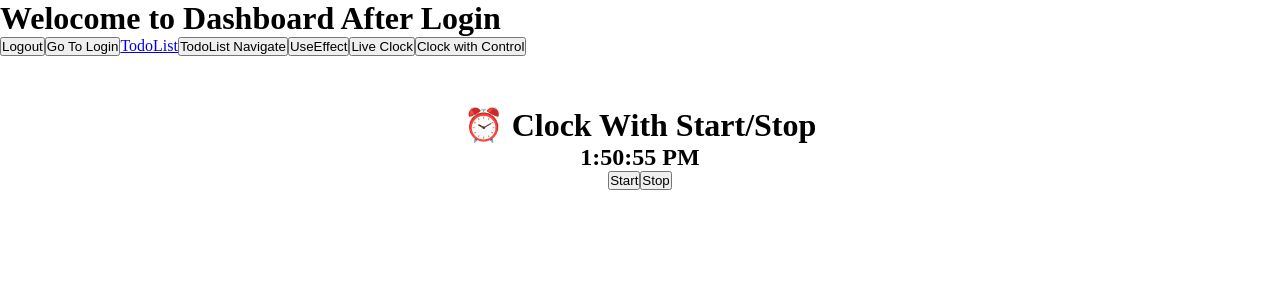
Repository: harshrathore123/ReactPractice
Page: /dashboard/clockwithcontrol (app in my-app/)
These files come from the project's save history. The page is drawn as it stood at one moment and after the next save; the edit follows.
The browser window is 1280 px wide. The pictures show the whole page.
The project was rebuilt for these pictures with package versions that can differ from the ones it lists, and the page was loaded fresh each time. Also part of the build but not shown: my-app/vite.config.js, my-app/src/component/Desctructuing.jsx, my-app/src/component/FirstName.jsx, my-app/src/component/Increment.jsx, my-app/src/component/Event.jsx, my-app/src/component/Form.jsx, my-app/src/component/Rendering.jsx, my-app/src/component/RenderingList.jsx and 6 more.

Above is the page before, as saved 2025-10-13 12:46:51.

### my-app/src/App.jsx
import './App.css';
import Destructuring from './component/Desctructuing';
import FirstName from './component/FirstName';
import Increment from './component/Increment';
import Event from './component/Event';
import Form from './component/Form';
import Rendering from './component/Rendering';
import RenderingList from './component/RenderingList';
import TodoList from './component/TodoList';
import {BrowserRouter, Routes, Route} from 'react-router-dom';
import Products from './component/Products';
import ProductDetails from './component/ProductDetails';
import Login from './component/Login';
import Dashboard from './component/Dashboard';
import UseEffect from './component/use_Effect';
import UseState_UseEffect from './component/Hooks/UseState_UseEffect';
import ClockWithControl from './component/Hooks/ClockWithControl';

function App() {
  return (
    <>
    {/* <FirstName name="Harsh Rathore" age="23"/>
    <Destructuring batch="mern" internship_exp="4month"/>
    <Increment/>
    <Event intro="Hi I am harsh rathore"/>
    <Form/>
    <Rendering isLoggedIn={false}/>
    <RenderingList/>

    <TodoList/> */}
  <BrowserRouter>
      <Routes>
        {/* Parent route for products */}
        <Route path="/products" element={<Products />}>
          {/* Nested route inside /products */}
          <Route path=":id" element={<ProductDetails />} />
        </Route>

        <Route path='/login' element={<Login/>}/>
        <Route path='/dashboard' element={<Dashboard/>}>
        {/* Nested another component inside dashboard */}
          <Route path='todolist' element={<TodoList/>}/>
          <Route path='useeffect' element={<UseEffect/>}/>
          <Route path='live_clock' element={<UseState_UseEffect/>}/>
          <Route path='clockwithcontrol' element={<ClockWithControl/>}/>
        </Route>

      </Routes>
    </BrowserRouter>


    </>
  )
}

export default App

### my-app/src/component/Dashboard.jsx
import { Link,Outlet, useNavigate } from "react-router-dom"
export default function Dashboard(){
    const navigate = useNavigate();
    const gotoLogin = () =>{
        navigate('/login');
    }

    const todolistNavigate = () =>{
        navigate('/dashboard/todolist');
    }

    return(
        <>
        <h1>Welocome to Dashboard After Login</h1>

        <button onClick={()=>navigate('/login')}>Logout</button>
        <button onClick={gotoLogin}>Go To Login</button>

        <Link to="todolist">TodoList</Link>
        <button onClick={todolistNavigate}>TodoList Navigate</button>
        <button onClick={()=>navigate('/dashboard/useeffect')}>UseEffect</button>
        <button onClick={()=>navigate('/dashboard/live_clock')}>Live Clock</button>
        <button onClick={()=>navigate('/dashboard/clockwithcontrol')}>Clock with Control</button>
        <Outlet/>
        </>
    )
}

### my-app/src/component/Hooks/ClockWithControl.jsx
import React, { useState, useEffect } from "react";

function ClockWithControl() {
  const [time, setTime] = useState(new Date().toLocaleTimeString());
  const [isRunning, setIsRunning] = useState(true);

  useEffect(() => {
    if (!isRunning) return; // stop updating when paused

    const timer = setInterval(() => {
      setTime(new Date().toLocaleTimeString());
    }, 1000);

    // return () => clearInterval(timer);
  }, [isRunning]); // re-run when isRunning changes

  return (
    <div style={{ textAlign: "center", marginTop: "50px" }}>
      <h1>⏰ Clock With Start/Stop</h1>
      <h2>{time}</h2>
      <button onClick={() => setIsRunning(true)}>Start</button>
      <button onClick={() => setIsRunning(false)}>Stop</button>
    </div>
  );
}

export default ClockWithControl;

### my-app/src/component/TodoList.css
*{
    margin: 0;
    padding: 0;
    box-sizing: border-box;
}

.container{
    width: 100%;
    height: 100vh;
    background-image: url('https://encrypted-tbn0.gstatic.com/images?q=tbn:ANd9GcR6epnd0KtuwAaygjj-Ls7D5RjgwV_ijX_qUQ&s');
    background-repeat: no-repeat;
    background-size: cover;
    position:relative;
}

.todobox{
    width: 400px;
    height: auto;
    position: absolute;
    top: 100px;
    left:200px;
    background: transparent;
    border-radius: 20px;
    box-shadow: 0 0 20px black;
}

#headline{
    text-align: center;
    padding: 20px;
    color: blue;
}

#task{
    width: 350px;
    height: 38px;
    border-radius: 20px;
    border: 2px solid blue;
    position: absolute;
    left: 30px;
    top: 90px;
    padding: 20px;
    outline:none;
}

input::placeholder{
    color: black;
}

input:hover{
    outline: none;
}

.addtask{
    position: absolute;
    top:91px;
    right: 20px;
    width: 80px;
    height: 41px;
    border-radius: 20px;
    border: none;
    padding: 10px;
    background: transparent;
    outline: none;
    cursor: pointer;
    background-color: blue;
    color: white;
}

.ul_list {
  margin-top: 90px;
  list-style: none;
  padding: 30px;
}

.ul_list li {
  padding: 10px;
  background: #f4f4f4;
  margin-bottom: 8px;
  border-radius: 5px;
  display: flex;
  justify-content: space-between;
  align-items: center;
}

Loaded but not shown: my-app/index.html (common file); my-app/src/main.jsx (common file); my-app/src/App.css (common file)

After the next save:
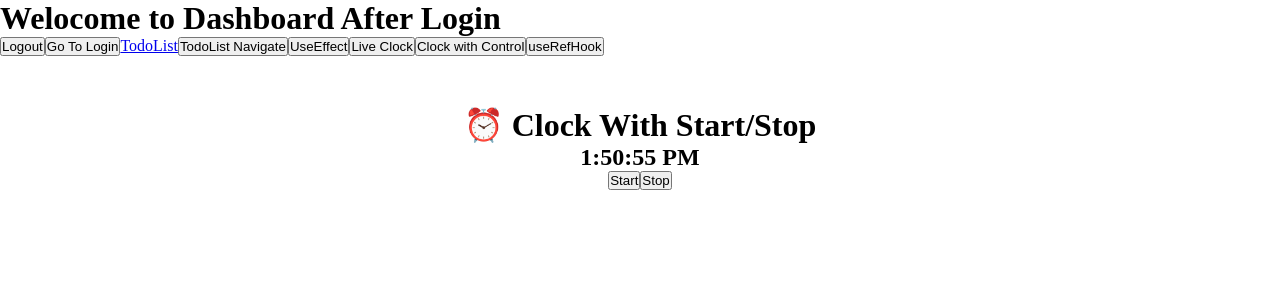
Saved 31 s later.
--- a/my-app/src/component/Dashboard.jsx
+++ b/my-app/src/component/Dashboard.jsx
@@ -21,6 +21,7 @@ export default function Dashboard(){
         <button onClick={()=>navigate('/dashboard/useeffect')}>UseEffect</button>
         <button onClick={()=>navigate('/dashboard/live_clock')}>Live Clock</button>
         <button onClick={()=>navigate('/dashboard/clockwithcontrol')}>Clock with Control</button>
+        <button onClick={()=>navigate('/dashboard/useRefHook')}>useRefHook</button>
         <Outlet/>
         </>
     )
